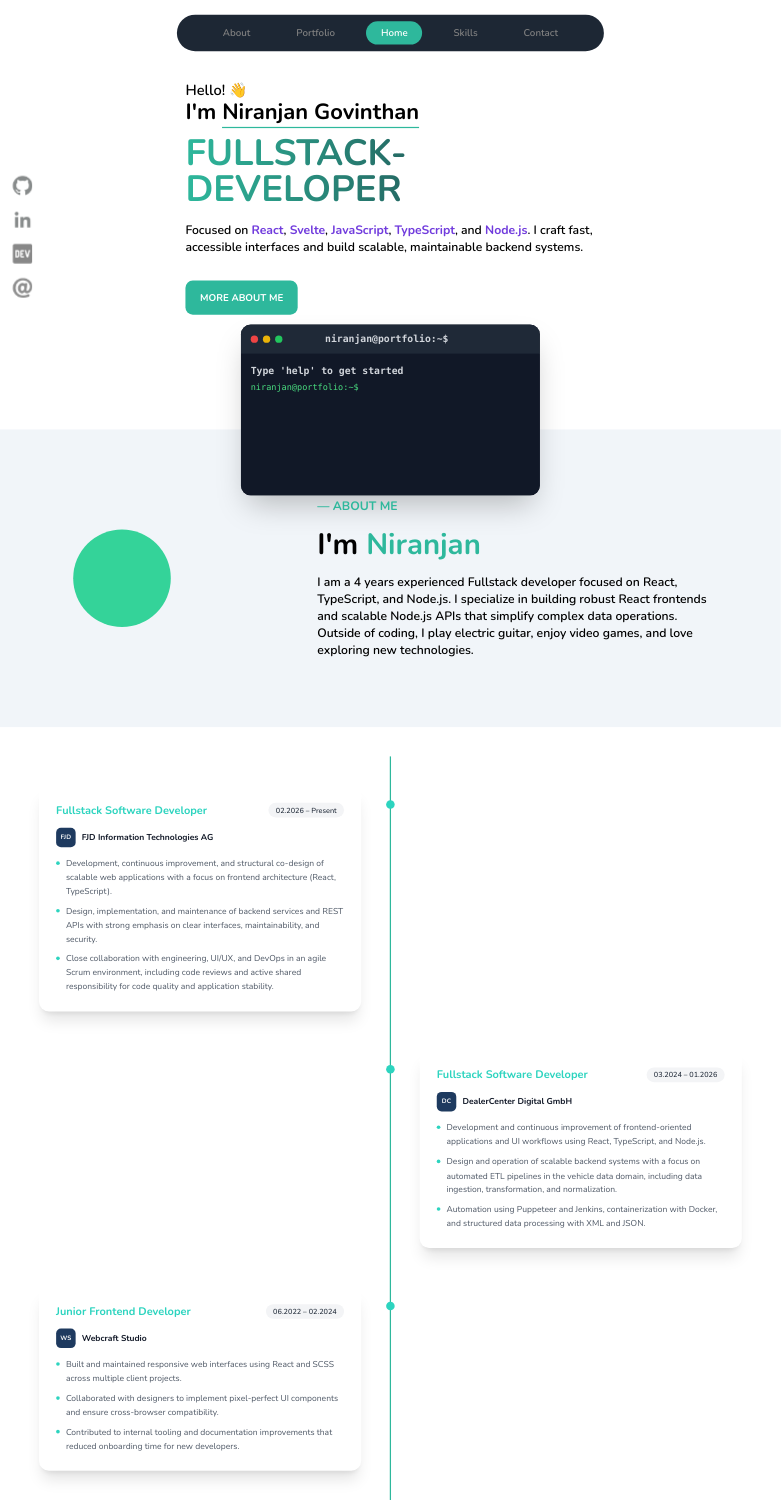
Repository: Niranjan-webdev/My-portfolio
Page: /
The author's editor kept a copy of each file at every save. The page is drawn from the files as they stood at one save, then again after the next save.
The browser window is 1280 px wide. The pictures show the whole page, at 61% of full size.
The project was rebuilt for these pictures with package versions that can differ from the ones it lists, and the page was loaded fresh each time. Also part of the build but not shown: next.config.mjs.

Above is the page before, as saved 2026-03-21 12:13:50.

### src/index.css

body {

  margin: 0;
  font-family: "Nunito", sans-serif;
  -webkit-font-smoothing: antialiased;
  -moz-osx-font-smoothing: grayscale;
}

code {
  font-family: source-code-pro, Menlo, Monaco, Consolas, 'Courier New',
    monospace;
}

### src/App.js
import logo from './logo.svg';
import './App.css';
import { RiHeartFill } from '@remixicon/react'
import { Topnavbar, MainContainer } from './components';
// import Topnavbar from './components/Topnavbar';

function App() {
  return (
   <>
    <Topnavbar/>
    <MainContainer/>
   </>
  );
}

export default App;

### src/App.css
@import url('https://fonts.googleapis.com/css2?family=Fira+Code:wght@300..700&family=Nunito:ital,wght@0,200..1000;1,200..1000&display=swap');

@tailwind base;
@tailwind components;
@tailwind utilities;


.topbar__wrapper{
    @apply w-full flex justify-center
}
.topbar__content{
    @apply  py-2 bg-[#1d2734] mt-6 px-6 py-[18px] rounded-[30px] w-[700px]
}
.topbar__content ul {
   @apply flex justify-evenly
}
.topbar__content ul li{

}
.topbar__content ul li a{
    @apply  font-semibold py-2 px-6 rounded-full
}
/* .topbar__content ul li a:hover{
    @apply  text-lg
} */
.socialmedia__bar a img{
    @apply opacity-50
}
/* .burgerMenu span{
    @apply
} */

### src/components/index.js
export {default as Topnavbar} from "./Topnavbar"
export {default as MainContainer} from "./MainContainer"
export {default as Terminal} from "./terminal"
export {default as Timeline} from "./timeLine"
export {default as TimelineCard} from "./TimelineCard"

export {default as github} from "../assets/github-logo-dark.png"
export {default as linkedIn} from "../assets/linkedin-logo-dark.png"
export {default as DevTo} from "../assets/devto-logo-light.png"
export {default as mail} from "../assets/mail-logo-dark.5ab6061889d3fa3a24ef.png"

### src/components/Topnavbar.js
import { useState } from 'react'
import React from 'react'
import logo from '../assets/logo.svg'

function Topnavbar() {
    const [activeTab, setActiveTab] = useState('Home')
    const [isMenuOpen, setIsMenuOpen] = useState(false)

    const navItems = ['About', 'Portfolio', 'Home', 'Skills', 'Contact']

    const handleTabClick = (tabName) => {
        setActiveTab(tabName)
        console.log('Active tab changed to:', tabName)
    }
    const handleModal = () => {
        setIsMenuOpen(!isMenuOpen)
    }
    return (
        <>
            <div className='topbar__wrapper'>
                <nav className='topbar__content'>
                    <ul className=''>
                        {navItems.map((item) => (
                            <li key={item}>
                                <a
                                    onClick={() => handleTabClick(item)}
                                    className={`cursor-pointer transition-colors duration-200 ${activeTab === item
                                            ? 'bg-[#2eb89c] text-white font-semibold px-4 py-2 rounded'
                                            : 'text-[#808080] hover:text-[#2eb89c] px-4 py-2'
                                        }`}
                                >
                                    {item}
                                </a>
                            </li>
                        ))}
                    </ul>
                </nav>
            </div>
           {/* <div className='responsive__topbar fixed bg-white z-50'>
                <button className='burgerMenu fixed right-10 top-10 flex flex-col gap-[3px]'
                onClick={handleModal}>
                    <span className={`px-[12px] py-[2px] bg-black w-full rounded transition-transform duration-300
                      ${  isMenuOpen? 'rotate-45 translate-y-1.5' : ''
                    }`}
                   ></span>
                    <span className={`px-[12px] py-[2px] bg-black w-full rounded
                         ${  isMenuOpen? 'opacity-0' : ''
                }`}></span>
                    <span className={`px-[12px] py-[2px] bg-black w-full rounded transition-transform duration-300
                      ${  isMenuOpen? '-rotate-45 -translate-y-1.5' : ''
                    }`}></span>
                </button>
                <ul className={`responsive__content h-screen w-screen flex flex-col items-center justify-evenly
                ${isMenuOpen ? 'h-screen opacity-100' : 'max-h-0 opacity-0'}`}>
                {navItems.map((item) => (
                            <li key={item}>
                                <a
                                    onClick={() => handleTabClick(item)}
                                    className={"text-2xl font-bold"}>
                                    {item}
                                </a>
                            </li>
                        ))}
                </ul>
            </div>  */}
        </>
    )
}

export default Topnavbar

### src/components/MainContainer.js
import React from 'react'
import hero from '../assets/hero.png'
import logoOutline from '../assets/logo-outline.svg'
import dotcircles from '../assets/dotcircles.svg'
import { Terminal, github, linkedIn, mail, DevTo } from "./index"
import TimeLine from './timeLine'
// import OwlCarousel from 'react-owl-carousel';
// import 'owl.carousel/dist/assets/owl.carousel.css';
// import 'owl.carousel/dist/assets/owl.theme.default.css';

function MainContainer() {
    return (
        <>
            {/* Hero Banner start */}
            <section className='w-full'>
                {/* Social media bar */}
                <div className='socialmedia__bar ml-[1.3rem] fixed top-[40%] flex md:flex-col flex-col gap-6 w-[32px]'>
                    <a><img src={github} /></a>
                    <a><img src={linkedIn} /></a>
                    <a><img src={DevTo} /></a>
                    <a><img src={mail} /></a>
                </div>
                {/* Social media bar */}
                <div className='hero__banner h-[calc(100vh-100px)] flex items-center justify-around px-[5rem] py-[3rem] md:flex flex-wrap gap-4'>
                    <div className='banner__content w-3/5'>
                        <h4 className='text-2xl font-semibold'>Hello! 👋</h4>
                        <h2 className='text-4xl mb-4 font-bold'>I'm <span className='border-b-2 border-[#2eb89c]'>Niranjan Govinthan</span></h2>
                        <h1 className='text-6xl mb-6 font-bold bg-gradient-to-r from-[#2eb89c] to-[#1d2734] text-transparent bg-clip-text'>FULLSTACK-DEVELOPER</h1>
                        <p className='text-xl mb-10 font-semibold'>Focused on  <span className='text-[#713cdd] font-bold'>React</span>,  <span className='text-[#713cdd] font-bold'>Svelte</span>, <span className='text-[#713cdd] font-bold'>JavaScript</span>, <span className='text-[#713cdd] font-bold'>TypeScript</span>, and <span className='text-[#713cdd] font-bold'>Node.js</span>. I craft fast, accessible interfaces and build scalable, maintainable backend systems.</p>
                        <button className='py-4 px-6 bg-[#2eb89c] hover:bg-[#79cdb9] rounded-[12px] text-white text-base font-bold'>MORE ABOUT ME</button>
                    </div>
                    <Terminal />
                </div>
            </section>
            {/* Hero Banner end */}

            {/* About me */}
            <section className=' about__me flex bg-[#f1f5f9]'>
                <div className='about__container w-full py-[7rem] flex items-center justify-around'>
                    <div className='profile'>
                        <div className='p-20 rounded-full bg-emerald-400'></div>
                    </div>
                    <div className='about__content w-1/2'>
                        <h4 className='text-xl font-bold text-[#2eb89c] mb-6'>— ABOUT ME</h4>
                        <h2 className='text-5xl text-[#2eb89c] mb-6 font-bold'><span className='text-black'>I'm</span> Niranjan</h2>
                        <p className='text-xl font-[600]'>I am a 4 years experienced Fullstack developer focused on React, TypeScript, and Node.js. I specialize in building robust React frontends and scalable Node.js APIs that simplify complex data operations. Outside of coding, I play electric guitar, enjoy video games, and love exploring new technologies.</p>
                    </div>
                </div>

            </section>
            <TimeLine/>
            {/* About me */}
        </>
    )
}

export default MainContainer

### src/components/terminal.js
import React, { useState, useEffect, useRef } from 'react';

const Terminal = () => {
  const [input, setInput] = useState('');
  const [history, setHistory] = useState([
    { type: 'output', content: "Type 'help' to get started" }
  ]);
  const [currentPath, setCurrentPath] = useState('~');
  const [commandHistory, setCommandHistory] = useState([]);
  const [historyIndex, setHistoryIndex] = useState(-1);
  const inputRef = useRef(null);
  const terminalRef = useRef(null);

  // Sample file system structure
  const fileSystem = {
    '~': {
      type: 'directory',
      contents: {
        'projects': {
          type: 'directory',
          contents: {
            'portfolio': { type: 'directory', contents: {} },
            'blog': { type: 'directory', contents: {} },
            'README.md': { type: 'file', content: 'Welcome to my projects!' }
          }
        },
        'documents': {
          type: 'directory',
          contents: {
            'resume.pdf': { type: 'file', content: 'Resume file' },
            'notes.txt': { type: 'file', content: 'Personal notes' }
          }
        },
        'about.txt': { type: 'file', content: 'Full-stack developer passionate about creating amazing web experiences.' }
      }
    }
  };

  // Available commands
  const commands = {
    help: () => [
      'Available commands:',
      '  help     - Show this help message',
      '  clear    - Clear the terminal',
      '  ls       - List directory contents',
      '  cd       - Change directory',
      '  cat      - Display file contents',
      '  pwd      - Show current directory',
      '  whoami   - Display user information',
      '  date     - Show current date',
      '  echo     - Display text',
      '  about    - About me',
      '  skills   - My technical skills',
      '  contact  - Contact information'
    ],
    clear: () => {
      setHistory([]);
      return [];
    },
    ls: () => {
      const currentDir = getCurrentDirectory();
      if (currentDir && currentDir.contents) {
        return Object.keys(currentDir.contents).map(item => {
          const itemObj = currentDir.contents[item];
          return itemObj.type === 'directory' ? `📁 ${item}/` : `📄 ${item}`;
        });
      }
      return ['Directory not found'];
    },
    pwd: () => [currentPath],
    whoami: () => ['niranjan-dev'],
    date: () => [new Date().toString()],
    about: () => [
      'Hi! I\'m Niranjan, a Full-stack Developer',
      'Focused on JavaScript, Svelte, React, and Node.js',
      'I craft fast, accessible interfaces and build scalable,',
      'maintainable backend systems.',
      '',
      'Currently exploring new technologies and building',
      'innovative web solutions.'
    ],
    skills: () => [
      'Technical Skills:',
      '• Frontend: Svelte, React, TypeScript, JavaScript, HTML5, CSS3',
      '• Backend: Node.js, Express',
      '• Database: MongoDB',
      '• Tools: Git, Linux',
    ],
    contact: () => [
      'Get in touch:',
      '• Email: niranjan.g2k@gmail.com',
      '• GitHub: github.com/niranjanUidev',
      '• LinkedIn: linkedin.com/in/niranjan-dev',
      '• Website: niranjan-dev.de'
    ]
  };

  const getCurrentDirectory = () => {
    const pathParts = currentPath.split('/').filter(part => part !== '');
    let current = fileSystem['~'];

    for (const part of pathParts) {
      if (part === '~') continue;
      if (current.contents && current.contents[part]) {
        current = current.contents[part];
      } else {
        return null;
      }
    }
    return current;
  };

  const processCommand = (cmd) => {
    const trimmedCmd = cmd.trim();
    if (!trimmedCmd) return;

    const [command, ...args] = trimmedCmd.split(' ');

    // Add to command history
    setCommandHistory(prev => [...prev, trimmedCmd]);
    setHistoryIndex(-1);

    // Add command to history display
    setHistory(prev => [...prev, { type: 'command', content: `> ${trimmedCmd}` }]);

    if (commands[command]) {
      const result = commands[command](args);
      if (result.length > 0) {
        setHistory(prev => [...prev, { type: 'output', content: result }]);
      }
    } else if (command === 'echo') {
      setHistory(prev => [...prev, { type: 'output', content: [args.join(' ')] }]);
    } else if (command === 'cat') {
      const filename = args[0];
      const currentDir = getCurrentDirectory();
      if (currentDir && currentDir.contents && currentDir.contents[filename]) {
        const file = currentDir.contents[filename];
        if (file.type === 'file') {
          setHistory(prev => [...prev, { type: 'output', content: [file.content] }]);
        } else {
          setHistory(prev => [...prev, { type: 'output', content: [`cat: ${filename}: Is a directory`] }]);
        }
      } else {
        setHistory(prev => [...prev, { type: 'output', content: [`cat: ${filename}: No such file or directory`] }]);
      }
    } else if (command === 'cd') {
      const dir = args[0] || '~';
      if (dir === '~') {
        setCurrentPath('~');
      } else if (dir === '..') {
        const pathParts = currentPath.split('/').filter(part => part !== '');
        pathParts.pop();
        setCurrentPath(pathParts.length > 0 ? pathParts.join('/') : '~');
      } else {
        const currentDir = getCurrentDirectory();
        if (currentDir && currentDir.contents && currentDir.contents[dir] && currentDir.contents[dir].type === 'directory') {
          setCurrentPath(currentPath === '~' ? dir : `${currentPath}/${dir}`);
        } else {
          setHistory(prev => [...prev, { type: 'output', content: [`cd: ${dir}: No such file or directory`] }]);
        }
      }
    } else {
      setHistory(prev => [...prev, { type: 'output', content: [`Command not found: ${command}. Type 'help' for available commands.`] }]);
    }
  };

  const handleKeyDown = (e) => {
    if (e.key === 'Enter') {
      e.preventDefault();
      processCommand(input);
      setInput('');
    } else if (e.key === 'ArrowUp') {
      e.preventDefault();
      if (commandHistory.length > 0) {
        const newIndex = historyIndex === -1 ? commandHistory.length - 1 : Math.max(0, historyIndex - 1);
        setHistoryIndex(newIndex);
        setInput(commandHistory[newIndex]);
      }
    } else if (e.key === 'ArrowDown') {
      e.preventDefault();
      if (historyIndex !== -1) {
        const newIndex = historyIndex + 1;
        if (newIndex >= commandHistory.length) {
          setHistoryIndex(-1);
          setInput('');
        } else {
          setHistoryIndex(newIndex);
          setInput(commandHistory[newIndex]);
        }
      }
    }
  };

  const handleTerminalClick = () => {
    inputRef.current?.focus();
  };

  useEffect(() => {
    if (terminalRef.current) {
      terminalRef.current.scrollTop = terminalRef.current.scrollHeight;
    }
  }, [history]);

  useEffect(() => {
    inputRef.current?.focus();
  }, []);

  return (
    <div className="w-full max-w-[490px] max-h-[280px] bg-gray-900 rounded-[16px] shadow-2xl overflow-hidden">
      {/* Terminal Header */}
      <div className="bg-gray-800 px-4 py-3 flex items-center justify-between">
        <div className="flex items-center space-x-2">
          <div className="w-3 h-3 bg-red-500 rounded-full"></div>
          <div className="w-3 h-3 bg-yellow-500 rounded-full"></div>
          <div className="w-3 h-3 bg-green-500 rounded-full"></div>
        </div>
        <div className="text-gray-300 text-base font-bold font-mono">
          niranjan@portfolio:~$
        </div>
        <div className="w-16"></div>
      </div>

      {/* Terminal Content */}
      <div
        ref={terminalRef}
        className="bg-gray-900 text-green-400 font-mono text-sm p-4 h-96 cursor-text overflow-y-auto"
        onClick={handleTerminalClick}
      >
        {history.map((item, index) => (
          <div key={index} className="mb-1">
            {item.type === 'command' ? (
              <div className="text-green-500 text-base font-bold">{item.content}</div>
            ) : (
              <div className="text-gray-300 text-base font-bold">
                {Array.isArray(item.content) ? (
                  item.content.map((line, lineIndex) => (
                    <div key={lineIndex}>{line}</div>
                  ))
                ) : (
                  <div>{item.content}</div>
                )}
              </div>
            )}
          </div>
        ))}

        {/* Input Line */}
        <div className="flex items-center">
          <span className="text-green-400 mr-2">
            niranjan@portfolio:{currentPath}$
          </span>
          <input
            ref={inputRef}
            type="text"
            value={input}
            onChange={(e) => setInput(e.target.value)}
            onKeyDown={handleKeyDown}
            className="flex-1 bg-transparent text-green-400 outline-none font-mono"
            autoComplete="off"
            spellCheck="false"
          />
          {/* <span className="text-green-400 animate-pulse">█</span> */}
        </div>
      </div>
    </div>
  );
};

export default Terminal;

### src/components/timeLine.js
import React from 'react';
import TimelineCard from './TimelineCard';

const timelineData = [
  {
    date: '02.2026 – Present',
    title: 'Fullstack Software Developer',
    company: 'FJD Information Technologies AG',
    companyInitials: 'FJD',
    bullets: [
      'Development, continuous improvement, and structural co-design of scalable web applications with a focus on frontend architecture (React, TypeScript).',
      'Design, implementation, and maintenance of backend services and REST APIs with strong emphasis on clear interfaces, maintainability, and security.',
      'Close collaboration with engineering, UI/UX, and DevOps in an agile Scrum environment, including code reviews and active shared responsibility for code quality and application stability.',
    ],
    side: 'left',
  },
  {
    date: '03.2024 – 01.2026',
    title: 'Fullstack Software Developer',
    company: 'DealerCenter Digital GmbH',
    companyInitials: 'DC',
    bullets: [
      'Development and continuous improvement of frontend-oriented applications and UI workflows using React, TypeScript, and Node.js.',
      'Design and operation of scalable backend systems with a focus on automated ETL pipelines in the vehicle data domain, including data ingestion, transformation, and normalization.',
      'Automation using Puppeteer and Jenkins, containerization with Docker, and structured data processing with XML and JSON.',
    ],
    side: 'right',
  },
  {
    date: '06.2022 – 02.2024',
    title: 'Junior Frontend Developer',
    company: 'Webcraft Studio',
    companyInitials: 'WS',
    bullets: [
      'Built and maintained responsive web interfaces using React and SCSS across multiple client projects.',
      'Collaborated with designers to implement pixel-perfect UI components and ensure cross-browser compatibility.',
      'Contributed to internal tooling and documentation improvements that reduced onboarding time for new developers.',
    ],
    side: 'left',
  },
];

function TimeLine() {
  return (
    <div className="relative w-full py-12 mt-[3rem] px-[4rem]">
      {/* Central vertical line */}
      <div className="absolute left-1/2  top-0 bottom-0 w-[2px] bg-[#2eb89c] -translate-x-1/2" />

      <div className="flex flex-col gap-16 relative">
        {timelineData.map((item, i) => (
          <TimelineCard key={i} item={item} />
        ))}
      </div>
    </div>
  );
}

export default TimeLine;

### src/components/TimelineCard.js
import React from 'react';

function TimelineCard({ item }) {
    const isLeft = item.side === 'left';

    const Card = (
      <div className="bg-white rounded-2xl p-7 shadow-xl hover:shadow-2xl transition-shadow duration-200">
        {/* Header: title + date badge */}
        <div className="flex items-start justify-between gap-3 flex-wrap mb-4">
          <h3 className="text-[#2dd4bf] font-bold text-lg leading-snug m-0">
            {item.title}
          </h3>
          <span className="bg-gray-100 text-gray-800 text-xs font-medium px-3 py-1 rounded-full whitespace-nowrap shrink-0">
            {item.date}
          </span>
        </div>

        {/* Company */}
        <div className="flex items-center gap-2.5 mb-4">
          <div className="w-8 h-8 rounded-lg bg-[#1e3a5f] text-white text-[0.65rem] font-bold flex items-center justify-center tracking-wide shrink-0">
            {item.companyInitials}
          </div>
          <span className="text-sm font-bold text-gray-900">{item.company}</span>
        </div>

        {/* Bullets */}
        <ul className="flex flex-col gap-2.5 p-0 m-0 list-none">
          {item.bullets.map((b, i) => (
            <li key={i} className="flex gap-2.5 text-sm text-gray-600 leading-relaxed">
              <span className="w-1.5 h-1.5 rounded-full bg-[#2dd4bf] shrink-0 mt-[7px]" />
              <span>{b}</span>
            </li>
          ))}
        </ul>
      </div>
    );

    return (
      <div className="grid grid-cols-[1fr_48px_1fr] items-start relative">
        {isLeft ? (
          <>
            <div className="pr-6">{Card}</div>
            <div className="flex justify-center pt-6 z-10">
            <div className="w-3.5 h-3.5 rounded-full bg-[#2dd4bf] shrink-0" />
            </div>
            <div />
          </>
        ) : (
          <>
            <div />
            <div className="flex justify-center pt-6 z-10">
            <div className="w-3.5 h-3.5 rounded-full bg-[#2dd4bf] shrink-0" />
            </div>
            <div className="pl-6">{Card}</div>
          </>
        )}
      </div>
    );
  }

  export default TimelineCard;

### tailwind.config.js
/** @type {import('tailwindcss').Config} */
module.exports = {
  content: [
    "./src/**/*.{js,jsx,ts,tsx}",
  ],
  theme: {
    container: {
      margin: "3rem",
    },
    extend: {},
  },
  plugins: [],
}

Loaded but not shown: public/index.html (common file); src/index.js (common file); src/reportWebVitals.js (common file)

After the next save:
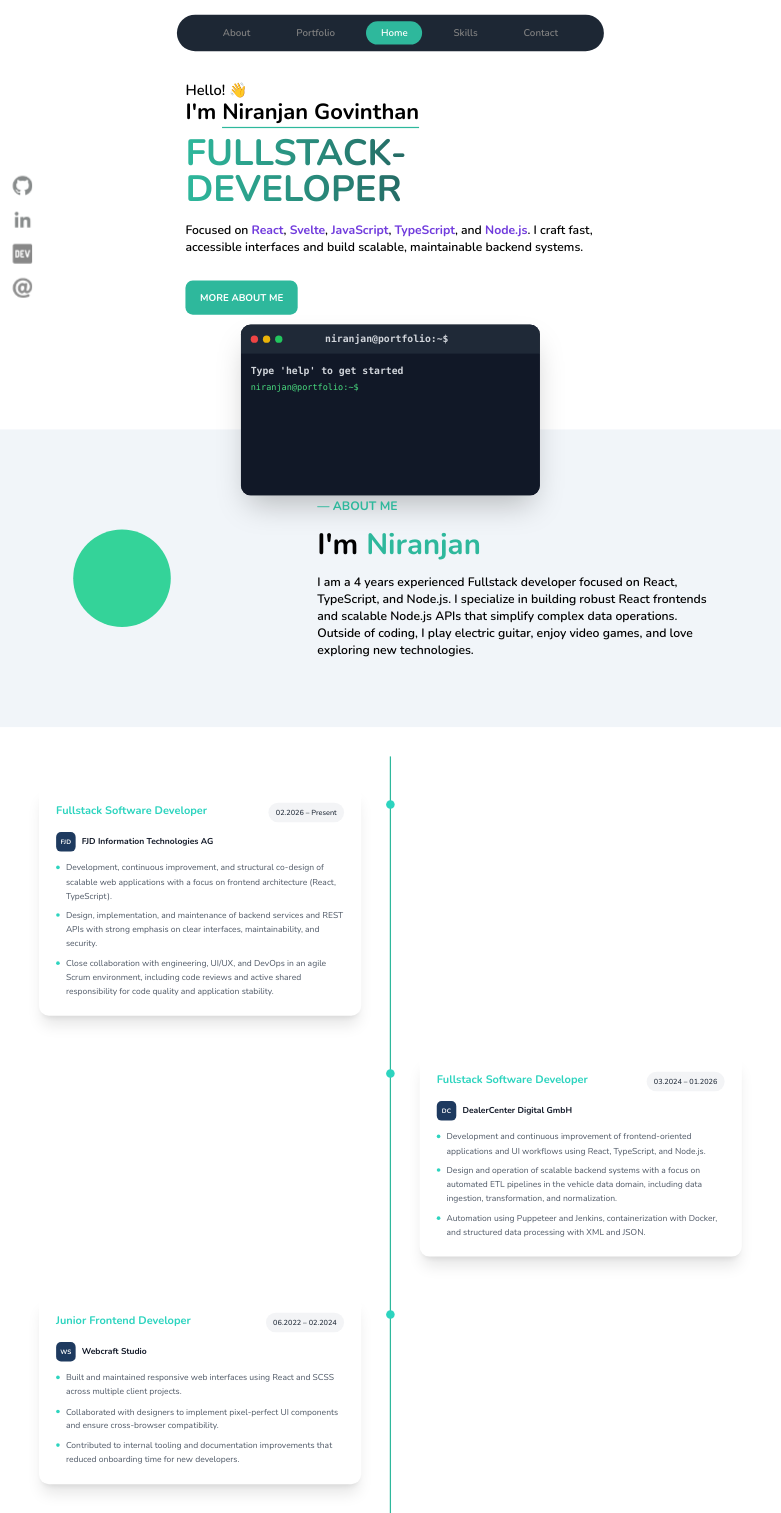
Saved 20 s later.
--- a/src/components/TimelineCard.js
+++ b/src/components/TimelineCard.js
@@ -10,7 +10,7 @@ function TimelineCard({ item }) {
           <h3 className="text-[#2dd4bf] font-bold text-lg leading-snug m-0">
             {item.title}
           </h3>
-          <span className="bg-gray-100 text-gray-800 text-xs font-medium px-3 py-1 rounded-full whitespace-nowrap shrink-0">
+          <span className="bg-gray-100 text-gray-800 text-xs font-medium px-3 py-2 rounded-full whitespace-nowrap shrink-0">
             {item.date}
           </span>
         </div>
